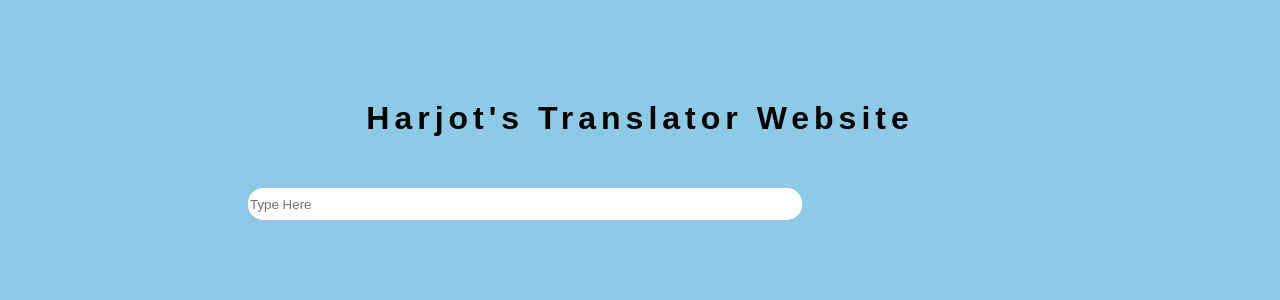
Repository: Harjot00/Pythonpractice
Page: Translator/homepage.html
These files come from the project's save history. The page is drawn as it stood at one moment and after the next save; the edit follows.
The browser window is 1280 px wide. The pictures show the whole page.
Some web fonts or font styles are not loaded; a fallback is used.

Above is the page before, as saved 2022-03-06 18:22:04.

After the next save:
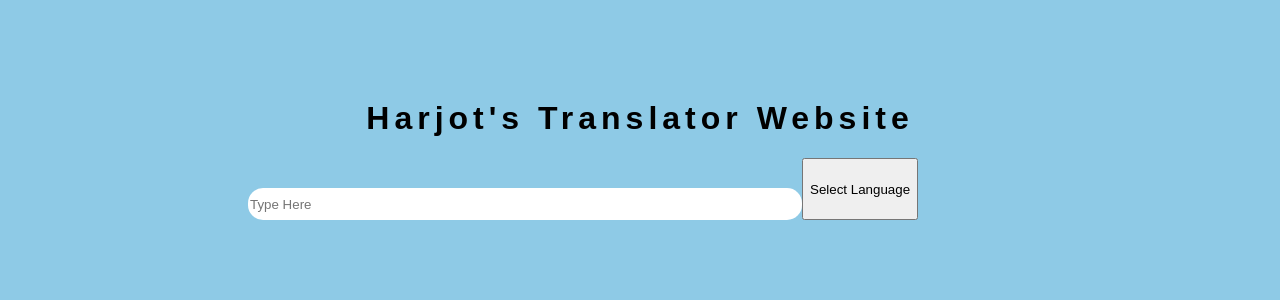
Saved 115 s later.
--- a/Translator/homepage.html
+++ b/Translator/homepage.html
@@ -7,10 +7,14 @@
     <title>Harjot's Translator</title>
     <link rel="stylesheet" href="styles.css">
     <link href="http://fonts.cdnfonts.com/css/mrs-sheppards" rel="stylesheet">
+    <link href='https://fonts.googleapis.com/css?family=Open Sans' rel='stylesheet'>
 
 </head>
 <body>
     <h1 style = "font-family: 'Mrs Sheppards', sans-serif;letter-spacing: 5px;">Harjot's Translator Website</h1>
-    <input type="text" id="entry" placeholder="Type Here"></input>
+    <div style = "display: flex;">
+        <input type="text" id="entry" placeholder="Type Here"></input>
+        <button id="" > Select Language</button>
+    </div>
 </body>
 </html>
